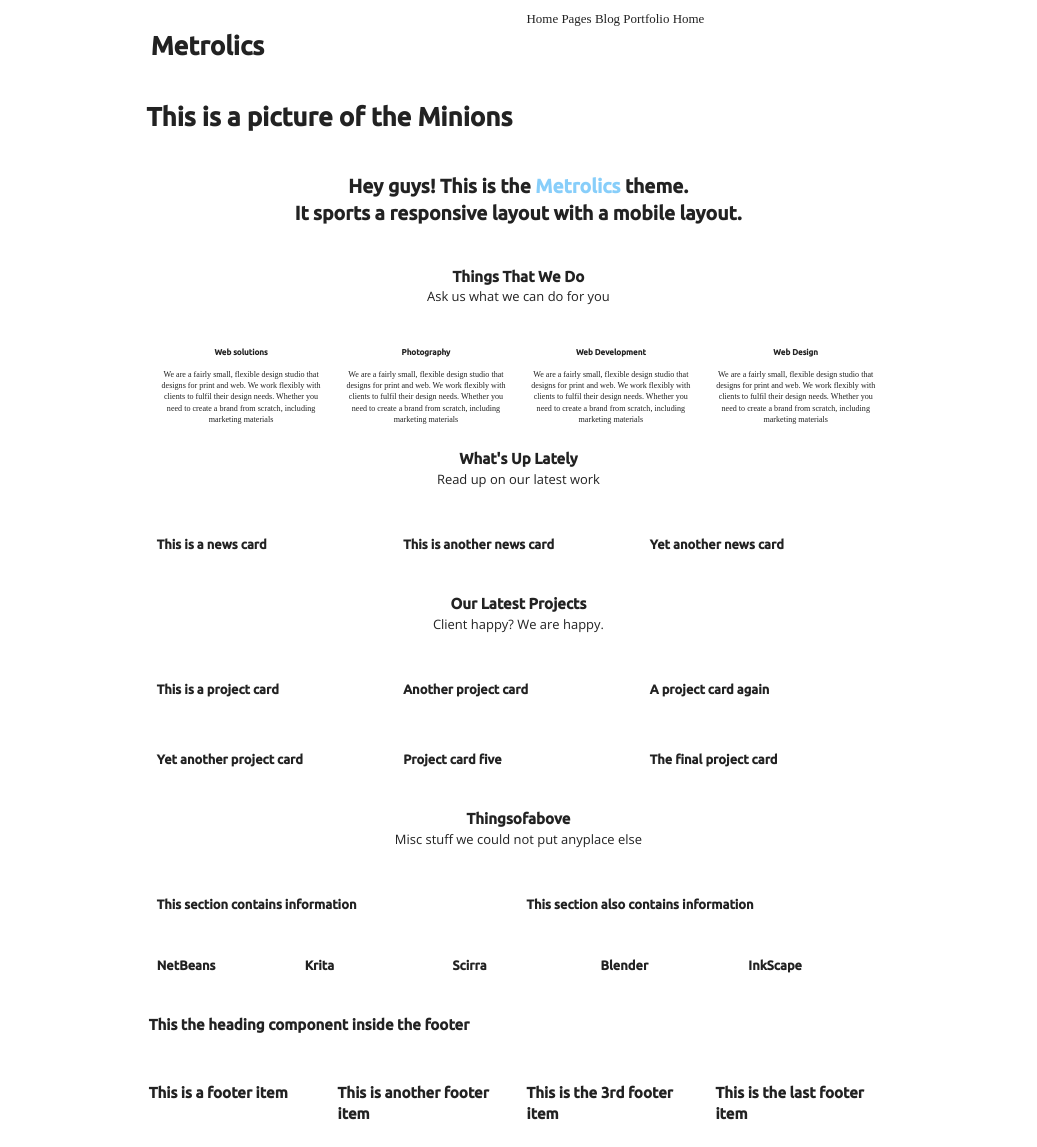
Repository: kennyharman/Marlowe_Kenny_Lab_02B
Page: index.html
The author's editor kept a copy of each file at every save. The page is drawn from the files as they stood at one save, then again after the next save.
The browser window is 1280 px wide. The pictures show the whole page, at 81% of full size.

Above is the page before, as saved 2024-02-05 15:08:33.

After the next save:
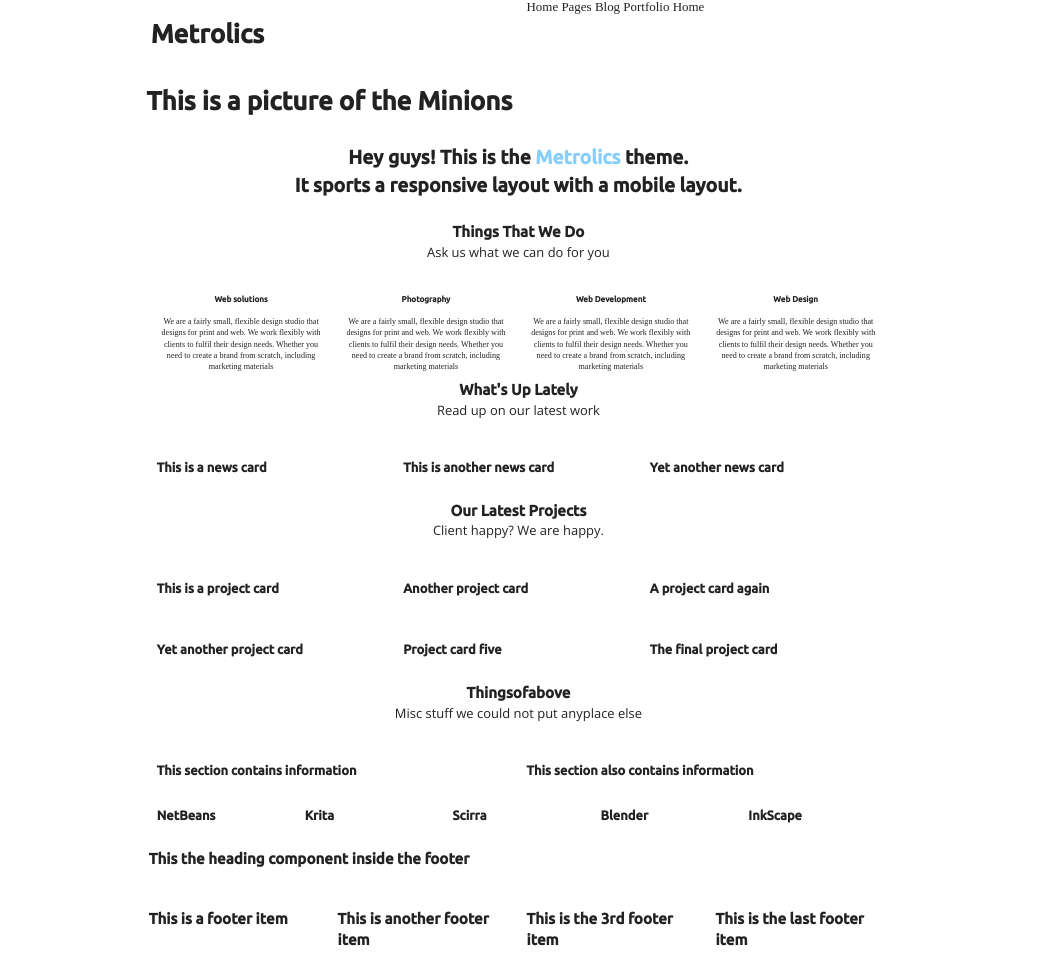
Saved 9 s later.
--- a/css/style.css
+++ b/css/style.css
@@ -253,7 +253,7 @@ footer,
 header {
   margin-left: 10px;
   margin-right: 10px;
-  margin-top: 5px;
+  margin-top: -5px;
 }
 
 h1,
